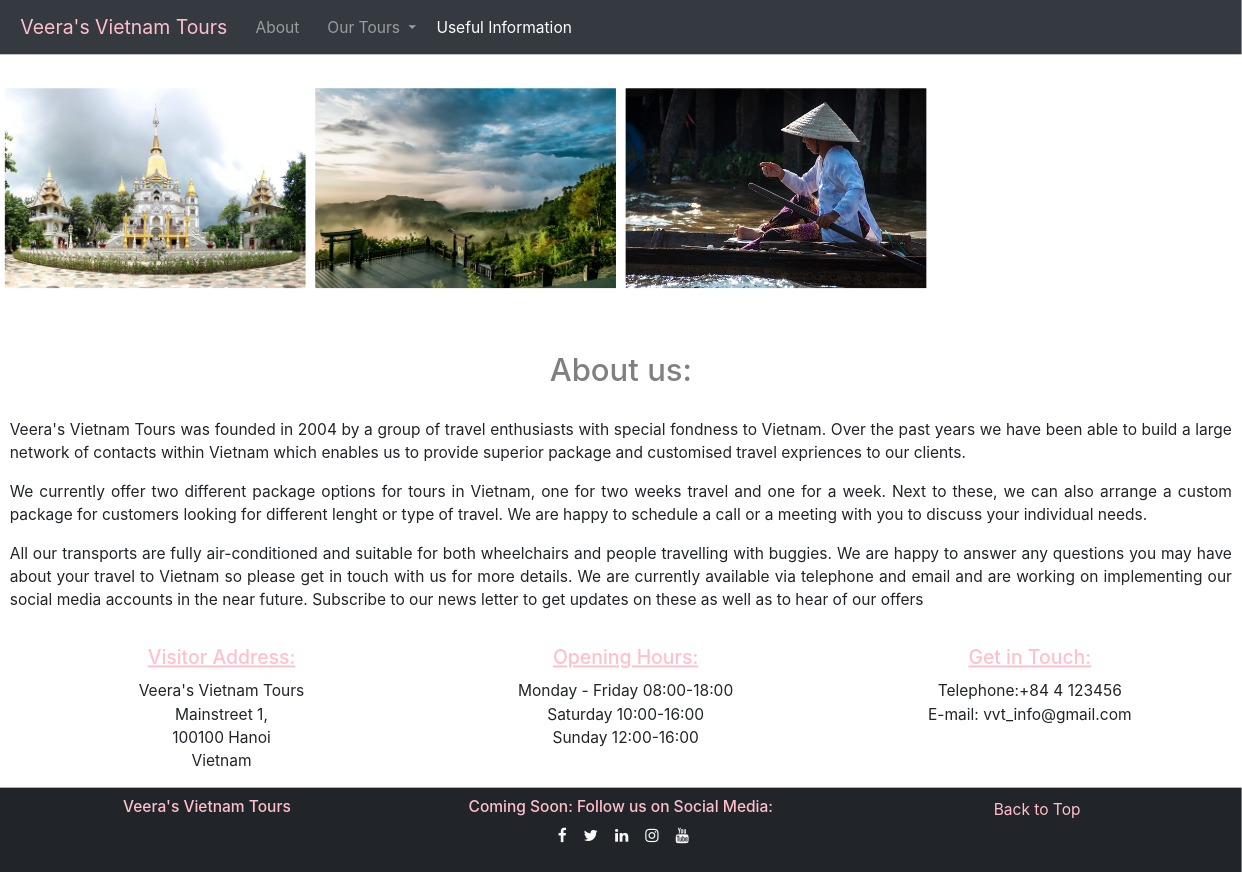
Repository: VAhola/VietnamTour
Page: about.html
The author's editor kept a record of every edit. The page is drawn from the files as they stood at one moment, then again after the next edit.
The browser window is 1280 px wide. The pictures show the whole page, at 97% of full size.

Above is the page before.

### about.html
<!DOCTYPE html>
<html lang="en">
<head>
    <meta charset="UTF-8">
    <meta name="viewport" content="width=device-width, initial-scale=1.0">
    <meta http-equiv="X-UA-Compatible" content="ie=edge">
    <link rel="stylesheet" href="https://stackpath.bootstrapcdn.com/bootstrap/4.3.1/css/bootstrap.min.css" type="text/css" />
    <link rel="stylesheet" href="https://stackpath.bootstrapcdn.com/font-awesome/4.7.0/css/font-awesome.min.css" type="text/css" />
    <link rel="stylesheet" href="style.css" type="text/css"/>
    <title>Vietnam Project</title>
</head>
<body>

<!--Nav-->

<nav class="navbar navbar-dark navbar-expand-sm bg-dark top">
    <a href="index.html" class="navbar-brand title">Veera's Vietnam Tours</a>
    <button class="navbar-toggler ml-auto" type="button" data-toggle="collapse" data-target="#navbarNavDropdown" aria-controls="navbarNavDropdown" aria-expanded="false" aria-label="Toggle navigation">
        <span class="navbar-toggler-icon"></span>
    </button>
    <div class="collapse navbar-collapse" id="navbarNavDropdown">
            <ul class="navbar-nav mr-auto">
                <li class="nav-item mr-2"><a class="nav-link" href="about.html">About</a></li>
                <li class="nav-item dropdown">
                    <a class="nav-link dropdown-toggle" href="#" id="navbarDropdownMenuLink" role="button" data-toggle="dropdown" aria-haspopup="true" aria-expanded="false">
          Our Tours
        </a>
                    <div class="dropdown-menu" aria-labelledby="navbarDropdownMenuLink">
                        <a class="dropdown-item" href="16d.html">16 Day Complete Vietnam</a>
                        <a class="dropdown-item" href="8d.html">8 Days Vietnam at glance</a>
                    </div>
                </li>
                <li class="active nav-item mr-2"><a class="nav-link" href="Info.html">Useful Information</a></li>
            </ul>
            </div>
        </nav>
<!-- /.nav -->


<!--Banner-->

<div>

<div class="gallery">
<figure class="gallery_item gallery__item1">
    <img src="Assets/pictures/pagoda-704657_640.jpg" class="gallery__img" alt="Image 1">
</figure>
<figure class="gallery__item gallery__item--2">
    <img src="Assets/pictures/pagoda-2096468_640.jpg" class="gallery__img" alt="Image 2">
</figure>
<figure class="gallery__item gallery__item--3">
    <img src="Assets/pictures/vietnam-630445_640.jpg" class="gallery__img" alt="Image 3">
    </figure>
  </div>

<!-- /.banner -->


        <h2>About us:</h2>

<section class="about_us">
<p>Veera's Vietnam Tours was founded in 2004 by  a group of travel enthusiasts with special fondness to Vietnam. Over the past years we have been able to build a large network of contacts within Vietnam which enables us to provide superior package and customised travel expriences to our clients.</p>

<p>We currently offer two different package options for tours in Vietnam, one for two weeks travel and one for a week. Next to these, we can also arrange a custom package for customers looking for different lenght or type of travel.
We are happy to schedule a call or a meeting with you to discuss your individual needs.</p>

<p>All our transports are fully air-conditioned and suitable for both wheelchairs and people travelling with buggies.

We are happy to answer any questions you may have about your travel to Vietnam so please get in touch with us for more details. We are currently available via telephone and email and are working on implementing our social media accounts in the near future.

Subscribe to our news letter to get updates on these as well as to hear of our offers
</p>

</section>
</div>
</div>



<div class="row contacts">
    <div class="col-md-4">
        <ul>
        <h5>Visitor Address:</h5>
        <li>Veera's Vietnam Tours</li>
        <li>Mainstreet 1, </li>
        <li>100100 Hanoi </li>
        <li>Vietnam </li>
        </ul>
    </div>
    <div class="col-md-4">
        <h5>Opening Hours:</h5>
        <ul>
            <li>Monday - Friday 08:00-18:00</li>
            <li>Saturday 10:00-16:00</li>
            <li>Sunday  12:00-16:00</li>
        </ul>
    </div>
    <div class="col-md-4">
        <h5>Get in Touch:</h5>
        <ul>
            <li>Telephone:+84 4 123456</li>
            <li>E-mail: vvt_info@gmail.com</li>
        </ul>
    </div>

</div>


 <footer class="container-fluid site">
        <div id="footer-details" class="row">
            <div class="col-sm-4 center">
                 <h6>Veera's Vietnam Tours</h6>
            </div>
            <div class="col-sm-4 center">
                <h6 class="inline-block center">Coming Soon: Follow us on Social Media:</h6>
                <ul class="list-inline center">
                    <li class="list-inline-item">
                        <a target="_blank" href="#">
                            <i class="fa fa-facebook" aria-hidden="true"></i>
                            <span class="sr-only">Facebook</span>
                        </a>
                    </li>
                    <li class="list-inline-item">
                        <a target="_blank" href="#">
                            <i class="fa fa-twitter" aria-hidden="true"></i>
                            <span class="sr-only">Twitter</span>
                        </a>
                    </li>
                    <li class="list-inline-item">
                        <a target="_blank" href="#">
                            <i class="fa fa-linkedin" aria-hidden="true"></i>
                            <span class="sr-only">LinkedIn</span>
                        </a>
                    </li>
                    <li class="list-inline-item">
                        <a target="_blank" href="#">
                            <i class="fa fa-instagram" aria-hidden="true"></i>
                            <span class="sr-only">Instagram</span>
                        </a>
                    </li>
                    <li class="list-inline-item">
                        <a target="_blank" href="#">
                            <i class="fa fa-youtube" aria-hidden="true"></i>
                            <span class="sr-only">YouTube</span>
                        </a>
                    </li>
                </ul>
            </div>
           <div class="col-sm-4 center">
                <a href="#top" style="color:pink">Back to Top</a>
            </div>
        </div>
 </footer>



    <script src="https://code.jquery.com/jquery-3.3.1.slim.min.js" integrity="sha384-q8i/X+965DzO0rT7abK41JStQIAqVgRVzpbzo5smXKp4YfRvH+8abtTE1Pi6jizo" crossorigin="anonymous"></script>
    <script src="https://cdnjs.cloudflare.com/ajax/libs/popper.js/1.14.3/umd/popper.min.js" integrity="sha384-ZMP7rVo3mIykV+2+9J3UJ46jBk0WLaUAdn689aCwoqbBJiSnjAK/l8WvCWPIPm49" crossorigin="anonymous"></script>
    <script src="https://stackpath.bootstrapcdn.com/bootstrap/4.1.3/js/bootstrap.min.js" integrity="sha384-ChfqqxuZUCnJSK3+MXmPNIyE6ZbWh2IMqE241rYiqJxyMiZ6OW/JmZQ5stwEULTy" crossorigin="anonymous"></script>

</body>
</html>

### style.css
html {
    border: none;
}

/*------------- Styling the header -----------*/

.header {
    background-color: #4F4F4F;
    background-position: center;
    text-align: center;
    background-size: cover;
    color: #fafafa;
    margin:0;
    padding-bottom: 10px;
    padding-top: 10px;

}


.button {
    color: white;
}


.navbar-dark .navbar-brand {
    color: pink;

}

.dropdown-menu {
    background-color: #4F4F4F;
}

.dropdown-item {
    color: #b9bec3;
}


a {
    color:#fafafa;
    margin-left: 5px;
}

.section1 {
    background-size: cover;
    text-align: center;
    background-image: url(Assets/pictures/bamboo-boat-clouds-cloudscape-2132098.jpg);
    background-repeat: no-repeat;
    min-height: 380px;
    color: black;
    padding: 0px;
    background-position-y: bottom;
    background-position-x: center;
    background-color: darkgray;
}

.intro {
    background-color: pink;
    padding: 10px 5px;
    color: gray;
}

.intro1 {
    background-color: pink;
    padding: 10px 5px;
    color: gray;
    margin-bottom: 0px;
}

.welcome {
    padding:10px 5px;
}

h2 {
    color: gray;
    text-align: center;
    padding-bottom:20px;
    padding-top: 20px;
}

h3{
    color: PINK;
    text-align: center;
    padding-bottom:20px;
    padding-top: 20px;
}

h5 {
    color: pink;
    text-align: center;
    margin-top: 20px;
    margin-bottom: 10px;
    text-decoration: underline;
}


li {
    list-style: none;
    text-align: center
}

img.quote {
    border-style: solid;
    border-color: gray;
    float: right;
}

dl, ol, ul {
    margin-top: 0;
    margin-bottom: 1rem;
    padding: 0;
}

.tours {
    color:darkgray;
    text-align:center;
    margin-bottom:30px;
}

.section3 {
    background-size: cover;
    text-align: center;
    color: black;
}


.about_us {
    text-align: justify;
    margin-left: 10px;
    margin-right: 10px;
}

.contacts {
    margin-left: 20px;
    margin-right: 10px;
}

.compact {
    margin: 0;
}

.man {
    background-image: url(Assets/pictures/hanoi-man-market-1004123.jpg);

}

.btn-success1 {
    color: #fff;
    background-color: pink;
    border-color: gray;
    border-width: thick;
}


.towel {
 text-align:center;
 padding-left:15px;
 padding-right:15px;
 background-color: yellow;
 display: unset;
}

div.container4 {
    height: 1em;
    position: relative;

}
div.container4 p {
    margin: 0;
    background: yellow;
    position: absolute;
    top: 50%;
    left: 50%;
    margin-right: -50%;
    transform: translate(-50%, -50%);
    display:unset;
    padding: 5px 10px;

}

* {
  box-sizing: border-box;
}

div.box {
  float: left;
  width: 50%;
  padding: 20px;
}

div.center {
    text-align: center;
}

.clearfix::after {
  content: "";
  clear: both;
  display: table;
  padding: 20px;
}

.internary16 {
    text-align: left;
    margin: 10px 20px;
    align-content: center;
    text-align: justify;
}

.right {
    height:200px;
    word-break: break-word;
    float:right;
    margin: 5px;
}

.left {
    height:200px;
    word-break: break-word;
    float:left;
    margin: 5px;
}

.woman {
    float: right;
}


article {
    margin: 5px;
}

img.iten_right {
    border: 1px solid #ddd;
    border-radius: 4px;
    padding: 5px;
    width: 300px;
    margin-left: 10px;
}

img.iten_left {
    border: 1px solid #ddd;
    border-radius: 4px;
    padding: 5px;
    width: 300px;
    margin-right: 10px;
}

img.map_right {
    border: 1px solid #ddd;
    border-radius: 4px;
    width: 220px;
    margin:20px 10px;
}

.info_left {
    border: 3px solid #ddd;
    border-radius: 4px;
    width: 220px;
    margin-right:10px;
}

.info_right {
    border: 2px solid #ddd;
    border-radius: 4px;
    width: 220px;
    margin-left:10px;
}

banner2 {
    display: inline-block;
}

.gallery1 {
    display: grid;
    grid-template-columns: repeat(3, 1fr);
    padding-top:0px;
    margin: 0px;
}

.section2 {
    background-size: cover;
    text-align: center;
    background-image: url(Assets/pictures/chaly-pavement-road-2044867.jpg);
    background-repeat: no-repeat;
    min-height: 380px;
    color: black;
    padding: 0px;
    background-position-y: bottom;
    background-position-x: center;
}

.section4 {
    background-size: cover;
    text-align: center;
    background-image: url(Assets/pictures/chaly-pavement-road-2044867.jpg);
    background-repeat: no-repeat;
    min-height: 380px;
    color: black;
    padding: 0px;
    background-position-y: bottom;
    background-position-x: center;
}

.section5 {
    background-size: cover;
    text-align: center;
    background-image: url(Assets/pictures/IMG-20190712-WA0006_a.jpg);
    background-repeat: no-repeat;
    min-height: 380px;
    color: black;
    padding: 0px;
    background-position-y: bottom;
    background-position-x: center;
}

.dest {
    margin-left: 10px;
    margin-right: 10px;
    padding: 10px;
    text-align: justify;
}

.info {
    margin-top:20px;
}
.desth {
    margin-left: 10px;
    margin-right: 10px;
    text-align:justify;
}

.ready {
    background-clip: white;
    margin-left: 10px;
    margin-right: 10px;
}

.grid-container-new {
  display: grid;
  justify-content: space-evenly;
  grid-template-columns: 25% 25% 25%; /*Make the grid smaller than the container*/
  grid-gap: 5px;
  padding: 10px;
}

.grid-container {
  display: grid;
  justify-content: space-evenly;
  grid-template-columns: 80% 20%; /*Make the grid smaller than the container*/
  grid-gap: 5px;
  padding: 10px;
}

.grid-item {
  background-color: rgba(255, 255, 255, 0.8);
  border: 1px solid rgba(0, 0, 0, 0.8);
  padding: 20px;
  font-size: 30px;
  text-align: center;
}

.gallery {
    display: grid;
    grid-template-columns: repeat(4, 1fr);
    grid-gap: 10px;
    padding-top:5px;
    margin: 30px 5px;
}

.gallery__img {
    width: 100%;
    height: 100%;
    object-fit: cover;
}

.people {
    display: grid;
    grid-template-columns: repeat(2, 1fr);
    grid-gap: 10px;
    margin-left: 5px;
    margin-right: 5px;
    padding-top:5px;
}

.people__img {
    width: 100%;
    height: 100%;
    object-fit: cover;
}


.header5 {
    color: pink;
    text-decoration: underline;
}

footer.site {
    background-color: #212529;
    color: pink;
    background-size: cover;
    margin-bottom: 0;
    padding-bottom: 10px;
    padding-top: 10px;
}

.bottom {
    margin-bottom: 0;
}
/* media queries */

@media (max-width:767px) {
    body {
    font-size:small;
    }
    .review{
    text-align:center;
    padding:20px 10px;
    margin-bottom:40px;
    display:inline;
    font-size:smaller;
    }
    h1{
    font-size:small;
    }
    h2 {
        font-size:smaller;
    }
    em {
    font-size: x-small;
    }

    img.map_right {
    border: 1px solid #ddd;
    border-radius: 4px;
    width: 130px;
    margin-left: 10px;
    }

    img.iten_left{
    width: 50px;
    }

    .section2 {
    background-size: cover;
    text-align: center;
    background-image: url(Assets/pictures/chaly-pavement-road-2044867.jpg);
    background-repeat: no-repeat;
    min-height: 180px;
    color: black;
    padding: 0px;
    background-position-y: bottom;
    background-position-x: center;
    }
    .section1 {
    background-size: cover;
    text-align: center;
    background-image: url(Assets/pictures/bamboo-boat-clouds-cloudscape-2132098.jpg);
    background-repeat: no-repeat;
    min-height: 180px;
    color: black;
    padding: 0px;
    background-position-y: bottom;
    background-position-x: center;
    background-color: darkgray;
}
.section5 {
    background-size: cover;
    text-align: center;
    background-image: url(Assets/pictures/IMG-20190712-WA0006_a.jpg);
    background-repeat: no-repeat;
    min-height: 180px;
    color: black;
    padding: 0px;
    background-position-y: bottom;
    background-position-x: center;
}
}

@media (min-width: 768px) and (max-width: 991px) {
}
    .review {
    text-align:center;
    padding:20px 10px;
    margin-bottom:40px;
    display:flex;
    }
}

@media (min-width: 992px) and (max-width: 1800px) {
    .review{
    text-align:center;
    padding:20px 10px;
    margin-bottom:40px;
    margin-left: 20px;
    margin-right: 20px;
    display:inline-flex;
    }
}

After the next edit:
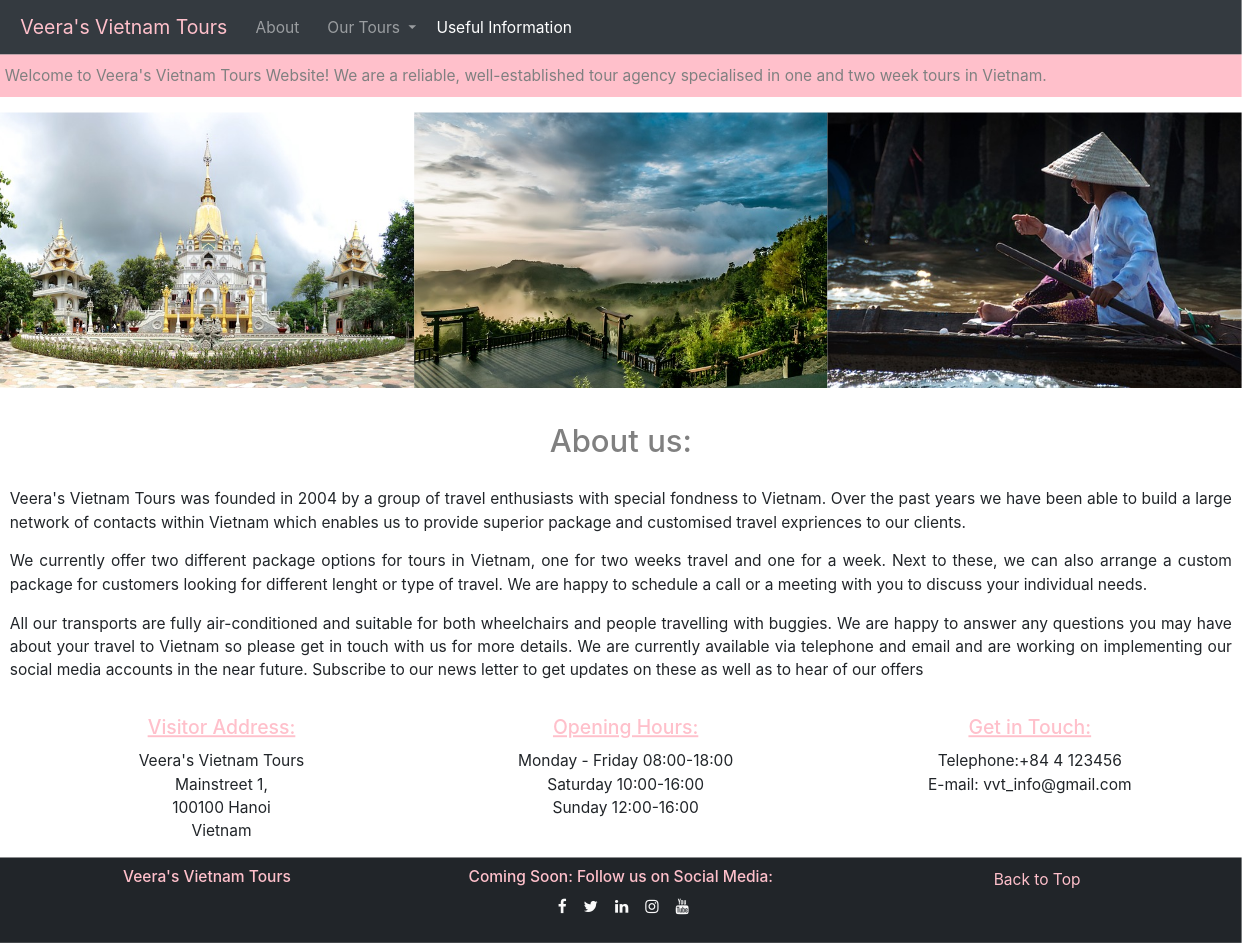
The edit:
--- a/about.html
+++ b/about.html
@@ -41,7 +41,14 @@
 
 <div>
 
-<div class="gallery">
+    <p class="intro">
+     Welcome to Veera's Vietnam Tours Website!
+
+     We are a reliable, well-established tour agency specialised in one and two week tours in Vietnam.
+    </p>
+ </div>
+
+<div class="gallery1">
 <figure class="gallery_item gallery__item1">
     <img src="Assets/pictures/pagoda-704657_640.jpg" class="gallery__img" alt="Image 1">
 </figure>
